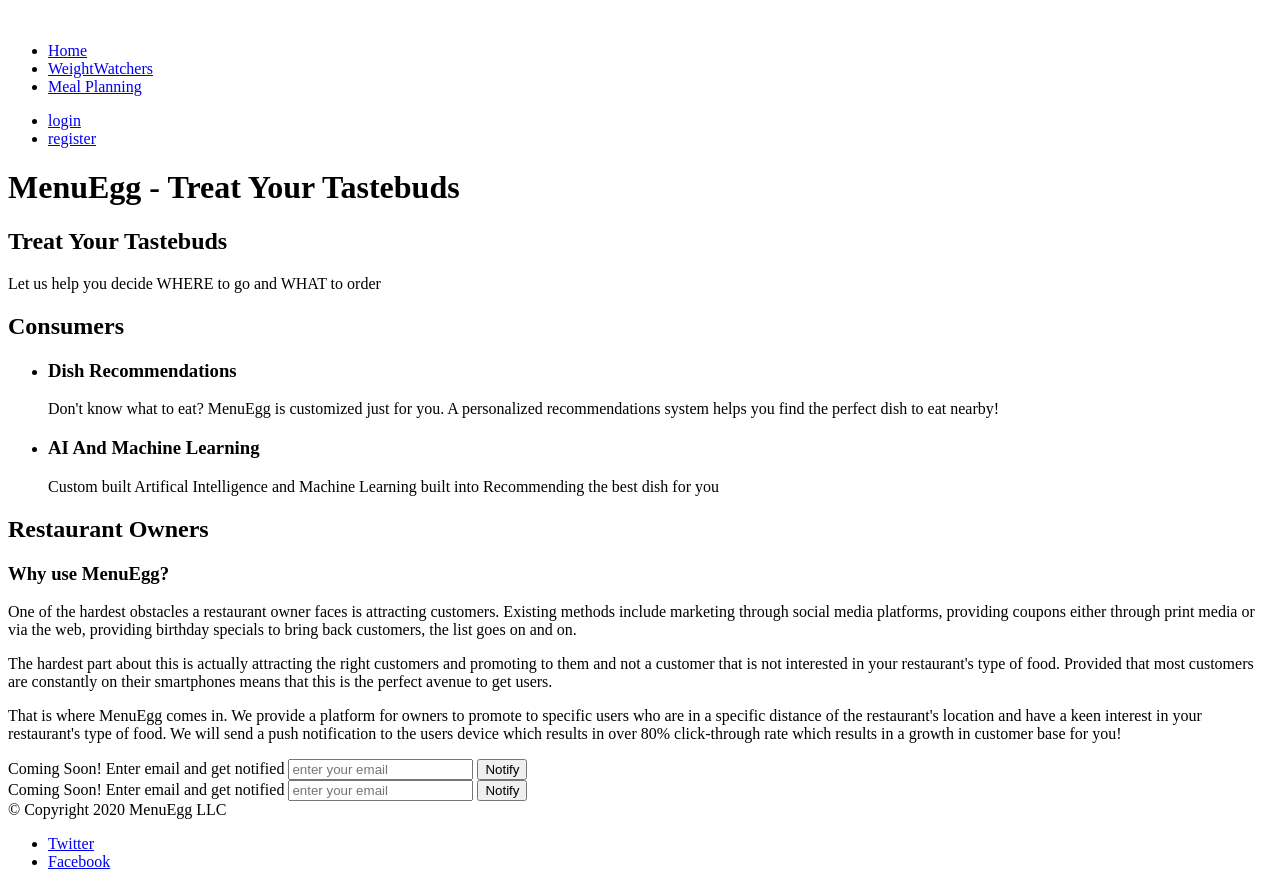
Repository: RobinKite/MenuEgg-test-site
Page: src/index.html
These files come from the project's save history. The page is drawn as it stood at one moment and after the next save; the edit follows.
The browser window is 1280 px wide. The pictures show the whole page.

Above is the page before, as saved 2020-09-16 05:48:00.

After the next save:
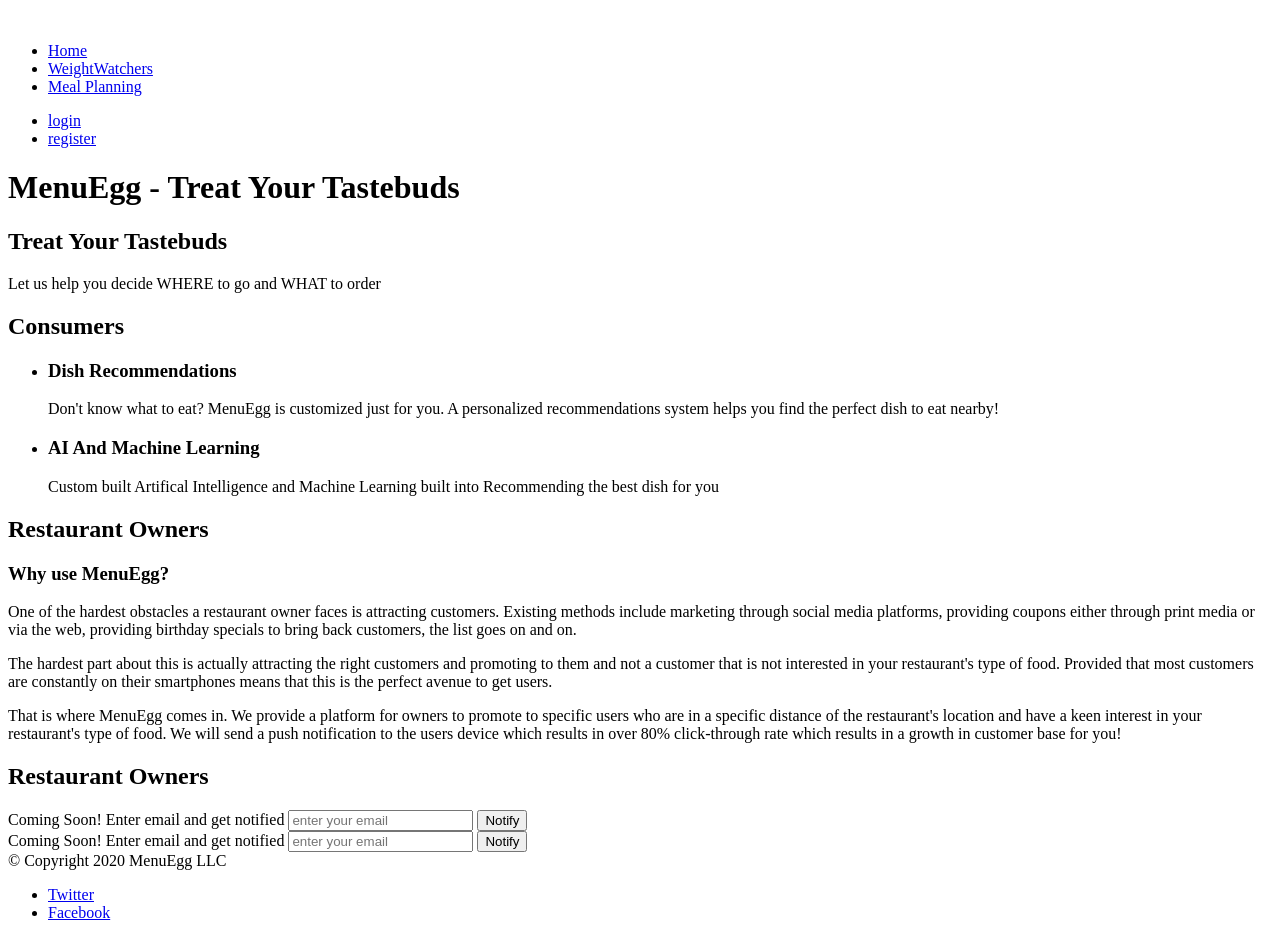
Saved 46 s later.
--- a/src/index.html
+++ b/src/index.html
@@ -37,33 +37,33 @@
         </section>
         <section>
             <div>
+                <h2>Consumers</h2>
+                <ul>
+                    <li>
+                        <h3>Dish Recommendations</h3>
+                        <p>Don't know what to eat? MenuEgg is customized just for you. A personalized recommendations system helps you find the perfect dish to eat nearby!</p>
+                    </li>
+                    <li>
+                        <h3>AI And Machine Learning</h3>
+                        <p>Custom built Artifical Intelligence and Machine Learning built into Recommending the best dish for you</p>
+                    </li>
+                </ul>
+            </div>
+            <div>
+                <h2>Restaurant Owners</h2>
                 <div>
-                    <h2>Consumers</h2>
-                    <ul>
-                        <li>
-                            <h3>Dish Recommendations</h3>
-                            <p>Don't know what to eat? MenuEgg is customized just for you. A personalized recommendations system helps you find the perfect dish to eat nearby!</p>
-                        </li>
-                        <li>
-                            <h3>AI And Machine Learning</h3>
-                            <p>Custom built Artifical Intelligence and Machine Learning built into Recommending the best dish for you</p>
-                        </li>
-                    </ul>
-                </div>
-                <div>
-                    <h2>Restaurant Owners</h2>
-                    <div>
-                        <h3>Why use MenuEgg?</h3>
-                        <p>One of the hardest obstacles a restaurant owner faces is attracting customers. Existing methods include marketing through social media platforms, providing coupons either through print media or via the web, providing birthday specials
-                            to bring back customers, the list goes on and on.</p>
-                        <p>The hardest part about this is actually attracting the right customers and promoting to them and not a customer that is not interested in your restaurant's type of food. Provided that most customers are constantly on their smartphones
-                            means that this is the perfect avenue to get users.</p>
-                        <p>That is where MenuEgg comes in. We provide a platform for owners to promote to specific users who are in a specific distance of the restaurant's location and have a keen interest in your restaurant's type of food. We will send
-                            a push notification to the users device which results in over 80% click-through rate which results in a growth in customer base for you!</p>
-                    </div>
+                    <h3>Why use MenuEgg?</h3>
+                    <p>One of the hardest obstacles a restaurant owner faces is attracting customers. Existing methods include marketing through social media platforms, providing coupons either through print media or via the web, providing birthday specials
+                        to bring back customers, the list goes on and on.</p>
+                    <p>The hardest part about this is actually attracting the right customers and promoting to them and not a customer that is not interested in your restaurant's type of food. Provided that most customers are constantly on their smartphones
+                        means that this is the perfect avenue to get users.</p>
+                    <p>That is where MenuEgg comes in. We provide a platform for owners to promote to specific users who are in a specific distance of the restaurant's location and have a keen interest in your restaurant's type of food. We will send a push
+                        notification to the users device which results in over 80% click-through rate which results in a growth in customer base for you!</p>
                 </div>
             </div>
             <div>
+                <h2>Restaurant Owners</h2>
+
                 <span>Coming Soon!</span>
                 <label for="email">Enter email and get notified</label>
                 <input type="email" id="email" placeholder="enter your email">
